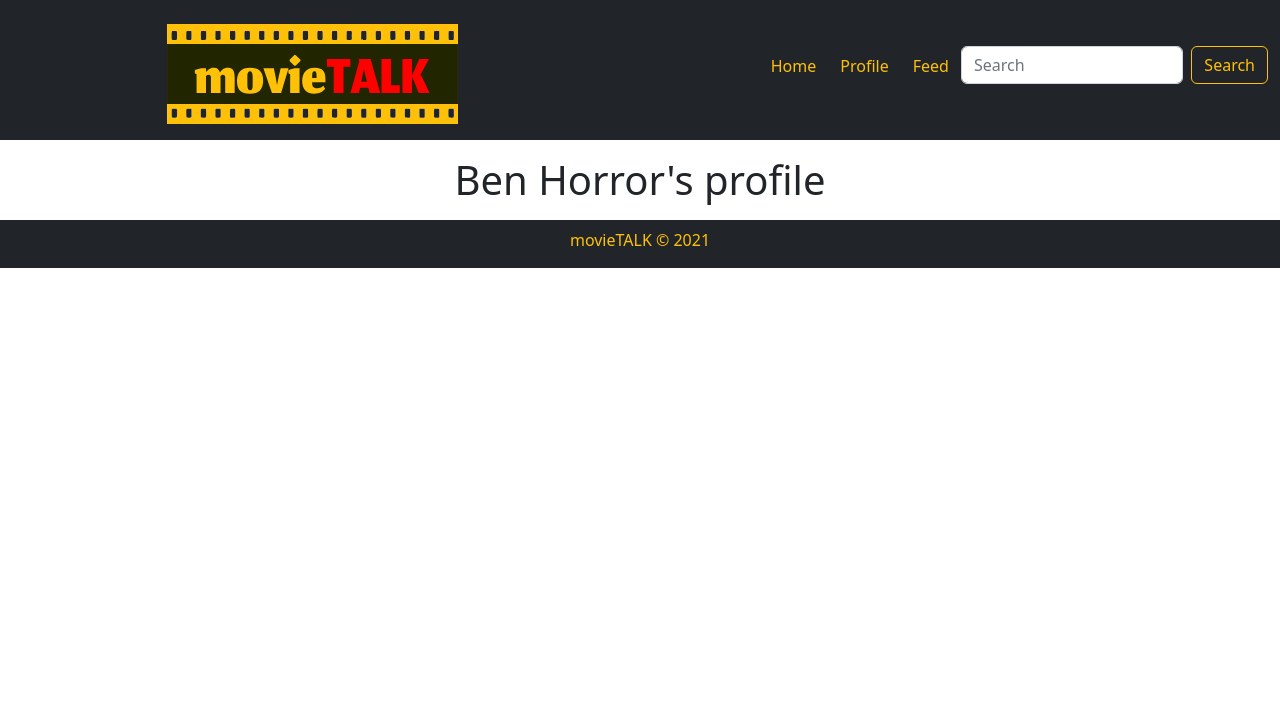
Repository: runeunhjem/css-frameworks-ca
Page: profile/index.html
The author's editor kept a copy of each file at every save. The page is drawn from the files as they stood at one save, then again after a run of saves.
The browser window is 1280 px wide. The pictures show the whole page.
The style sheet was rebuilt from its Sass, Less or Tailwind sources for each picture, by a compiler version that may differ from the author's.

Above is the page before, as saved 2023-08-29 07:54:17.

### profile/index.html
<!DOCTYPE html>
<html lang="en">
<head>
  <meta charset="UTF-8">
  <meta name="viewport" content="width=device-width, initial-scale=1.0">
  <link rel="stylesheet" href="../dist/css/index.css">
  <!-- <script src="../js/bootstrap.bundle.min.js" type="module"></script> -->
  <!-- <script src="js/main.js"></script> -->
  <title>movieTALK | Home</title>
</head>
<body>
  <header class="mx-auto">
    <nav class="navbar navbar-expand-md pt-4 bg-dark align-items-center mx-auto">
      <a class="navbar-brand header-logo mb-2" href="../index.html" alt="movieTALK Logo"><span class="visually-hidden">Home</span></a>
      <div class="container-fluid d-flex align-items-start justify-content-end">
        <div class="row align-items-center">
          <div class="col-4 justify-content-end col-sm-4 col-md-6 m-1">
            <button class="btn-outline-warning navbar-toggler bg-warning mb-2 me-3" type="button" data-bs-toggle="collapse" data-bs-target="#navbarSupportedContent" aria-controls="navbarSupportedContent" aria-expanded="false" aria-label="Toggle navigation">
              <span class="navbar-toggler-icon justify-content-end"></span>
            </button>
            <div class="collapse navbar-collapse text-primary" id="navbarSupportedContent">
              <ul class="navbar-nav mb-lg-2">
                <li class="nav-item me-2">
                  <a class="nav-link text-warning active rounded-2 ps-2" aria-current="page" href="../index.html">Home</a>
                </li>
                <li class="nav-item me-2">
                  <a class="nav-link text-warning rounded-2 ps-2" href="index.html">Profile</a>
                </li>
                <li class="nav-item mb-3">
                  <a class="nav-link text-warning rounded-2 ps-2" href="../feed/index.html">Feed</a>
                </li>
              </ul>
            </div>
          </div>
        </div>
        <div class="col-8 col-sm-8 col-md-6 d-flex align-items-start justify-content-start">
          <form class="d-flex mt-1" role="search">
            <input class="form-control me-2 max-width-300" type="search" placeholder="Search" aria-label="Search">
            <button class="btn btn-outline-warning" type="submit">Search</button>
          </form>
        </div>
      </div>
    </nav>
  </header>
  <h1 class="text-center mt-3">Ben Horror's profile</span></h1>

  <footer mt-3>
    <div class="container-fluid bg-dark mt-3">
      <div class="row">
        <div class="col">
          <p class="text-center text-warning mt-2">movieTALK &copy; 2021</p>
        </div>
      </div>
    </div>
  </footer>
</body>
</html>

### src/scss/index.scss
@import "variables";
@import "../../node_modules/bootstrap/scss/bootstrap";
@import "navbar";

.header-logo {
  background-image: url("../../img/logo-yellow.svg");
  background-size: contain;
  background-repeat: no-repeat;
  background-position: center;
  width: 100%;
  height: 100px;
}

.max-width-800 {
  max-width: 800px;
}
.max-width-300 {
  max-width: 300px;
}


// .navbar-collapse.show {
//   background-color: #ffc107;
// }
// .navbar-nav {
//   .nav-link-hover {
//     &:hover {
//       color:#ffc107;
//       background-color: #ff3c3c;
//       a {
//       }
//     }
//   // background-color: #fdcd2d;
//   }
// }

.nav-link {
  // width: 100%;
  // text-indent: 6px;
  &:hover {
    // transition: all 0.3s ease-in-out;
    // padding: 0px 12px;
    background-color: #ffc107;
    color: #886f3a !important;
    border-radius: 8px;
    // text-indent: 4px;
    // background-color: #ffc107;
    // border: 1px solid #ffc107;
    // background-color: #5c4141;
    // margin: 0px;
    // a {
      //   color: #fff;
      // }
  }
  // a.nav-link {
  //   // width: 60px;
  //   // color: #ffc107;
  // }
  .active {
    color: #b84545;
  }
}

  // .navbar-collapse {
  //   width: 100px;
  //   // color: #ff07ea !important;
  //   // background-color: #b84545;
  // }

### src/scss/_variables.scss
// Variables
//
// Variables should follow the `$component-state-property-size` formula for
// consistent naming. Ex: $nav-link-disabled-color and $modal-content-box-shadow-xs.

// Color system

// scss-docs-start gray-color-variables
$white:    #fff;
$gray-100: #f8f9fa;
$gray-200: #e9ecef;
$gray-300: #dee2e6;
$gray-400: #ced4da;
$gray-500: #adb5bd;
$gray-600: #6c757d;
$gray-700: #495057;
$gray-800: #343a40;
$gray-900: #212529;
$black:    #000;
// scss-docs-end gray-color-variables

// fusv-disable
// scss-docs-start gray-colors-map
$grays: (
  "100": $gray-100,
  "200": $gray-200,
  "300": $gray-300,
  "400": $gray-400,
  "500": $gray-500,
  "600": $gray-600,
  "700": $gray-700,
  "800": $gray-800,
  "900": $gray-900
);
// scss-docs-end gray-colors-map
// fusv-enable

// scss-docs-start color-variables
$blue:    #0d6efd;
$indigo:  #6610f2;
$purple:  #6f42c1;
$pink:    #d63384;
$red:     #dc3545;
$orange:  #fd7e14;
$yellow:  #ffc107;
$green:   #198754;
$teal:    #20c997;
$cyan:    #0dcaf0;
// scss-docs-end color-variables

// scss-docs-start colors-map
$colors: (
  "blue":       $blue,
  "indigo":     $indigo,
  "purple":     $purple,
  "pink":       $pink,
  "red":        $red,
  "orange":     $orange,
  "yellow":     $yellow,
  "green":      $green,
  "teal":       $teal,
  "cyan":       $cyan,
  "black":      $black,
  "white":      $white,
  "gray":       $gray-600,
  "gray-dark":  $gray-800
);
// scss-docs-end colors-map

// The contrast ratio to reach against white, to determine if color changes from "light" to "dark". Acceptable values for WCAG 2.0 are 3, 4.5 and 7.
// See https://www.w3.org/TR/WCAG20/#visual-audio-contrast-contrast
$min-contrast-ratio:   4.5;

// Customize the light and dark text colors for use in our color contrast function.
$color-contrast-dark:      $black;
$color-contrast-light:     $white;

### src/scss/_navbar.scss
// // Navbar
// //
// // Provide a static navbar from which we expand to create full-width, fixed, and
// // other navbar variations.

// .navbar {
//   // scss-docs-start navbar-css-vars
//   --#{$prefix}navbar-padding-x: #{if($navbar-padding-x == null, 0, $navbar-padding-x)};
//   --#{$prefix}navbar-padding-y: #{$navbar-padding-y};
//   --#{$prefix}navbar-color: #{$navbar-light-color};
//   --#{$prefix}navbar-hover-color: #{$navbar-light-hover-color};
//   --#{$prefix}navbar-disabled-color: #{$navbar-light-disabled-color};
//   --#{$prefix}navbar-active-color: #{$navbar-light-active-color};
//   --#{$prefix}navbar-brand-padding-y: #{$navbar-brand-padding-y};
//   --#{$prefix}navbar-brand-margin-end: #{$navbar-brand-margin-end};
//   --#{$prefix}navbar-brand-font-size: #{$navbar-brand-font-size};
//   --#{$prefix}navbar-brand-color: #{$navbar-light-brand-color};
//   --#{$prefix}navbar-brand-hover-color: #{$navbar-light-brand-hover-color};
//   --#{$prefix}navbar-nav-link-padding-x: #{$navbar-nav-link-padding-x};
//   --#{$prefix}navbar-toggler-padding-y: #{$navbar-toggler-padding-y};
//   --#{$prefix}navbar-toggler-padding-x: #{$navbar-toggler-padding-x};
//   --#{$prefix}navbar-toggler-font-size: #{$navbar-toggler-font-size};
//   --#{$prefix}navbar-toggler-icon-bg: #{escape-svg($navbar-light-toggler-icon-bg)};
//   --#{$prefix}navbar-toggler-border-color: #{$navbar-light-toggler-border-color};
//   --#{$prefix}navbar-toggler-border-radius: #{$navbar-toggler-border-radius};
//   --#{$prefix}navbar-toggler-focus-width: #{$navbar-toggler-focus-width};
//   --#{$prefix}navbar-toggler-transition: #{$navbar-toggler-transition};
//   // scss-docs-end navbar-css-vars

//   position: relative;
//   display: flex;
//   flex-wrap: wrap; // allow us to do the line break for collapsing content
//   align-items: center;
//   justify-content: space-between; // space out brand from logo
//   padding: var(--#{$prefix}navbar-padding-y) var(--#{$prefix}navbar-padding-x);
//   @include gradient-bg();

//   // Because flex properties aren't inherited, we need to redeclare these first
//   // few properties so that content nested within behave properly.
//   // The `flex-wrap` property is inherited to simplify the expanded navbars
//   %container-flex-properties {
//     display: flex;
//     flex-wrap: inherit;
//     align-items: center;
//     justify-content: space-between;
//   }

//   > .container,
//   > .container-fluid {
//     @extend %container-flex-properties;
//   }

//   @each $breakpoint, $container-max-width in $container-max-widths {
//     > .container#{breakpoint-infix($breakpoint, $container-max-widths)} {
//       @extend %container-flex-properties;
//     }
//   }
// }


// // Navbar brand
// //
// // Used for brand, project, or site names.

// .navbar-brand {
//   padding-top: var(--#{$prefix}navbar-brand-padding-y);
//   padding-bottom: var(--#{$prefix}navbar-brand-padding-y);
//   margin-right: var(--#{$prefix}navbar-brand-margin-end);
//   @include font-size(var(--#{$prefix}navbar-brand-font-size));
//   color: var(--#{$prefix}navbar-brand-color);
//   text-decoration: if($link-decoration == none, null, none);
//   white-space: nowrap;

//   &:hover,
//   &:focus {
//     color: var(--#{$prefix}navbar-brand-hover-color);
//     text-decoration: if($link-hover-decoration == underline, none, null);
//   }
// }


// Navbar nav
//
// Custom navbar navigation (doesn't require `.nav`, but does make use of `.nav-link`).

.navbar-nav {
  // scss-docs-start navbar-nav-css-vars
  --#{$prefix}nav-link-padding-x: 0;
  --#{$prefix}nav-link-padding-y: #{$nav-link-padding-y};
  @include rfs($nav-link-font-size, --#{$prefix}nav-link-font-size);
  --#{$prefix}nav-link-font-weight: #{$nav-link-font-weight};
  --#{$prefix}nav-link-color: var(--#{$prefix}navbar-color);
  --#{$prefix}nav-link-hover-color: var(--#{$prefix}navbar-hover-color);
  --#{$prefix}nav-link-disabled-color: var(--#{$prefix}navbar-disabled-color);
  // scss-docs-end navbar-nav-css-vars

  display: flex;
  flex-direction: column; // cannot use `inherit` to get the `.navbar`s value
  padding-left: 0;
  margin-bottom: 0;
  list-style: none;

  .show > .nav-link,
  .nav-link.active {
    color: var(--#{$prefix}navbar-active-color);
  }

  .dropdown-menu {
    position: static;
  }
}


// Navbar text
//
//

.navbar-text {
  padding-top: $nav-link-padding-y;
  padding-bottom: $nav-link-padding-y;
  color: var(--#{$prefix}navbar-color);

  a,
  a:hover,
  a:focus  {
    color: var(--#{$prefix}navbar-active-color);
  }
}


// Responsive navbar
//
// Custom styles for responsive collapsing and toggling of navbar contents.
// Powered by the collapse Bootstrap JavaScript plugin.

// When collapsed, prevent the toggleable navbar contents from appearing in
// the default flexbox row orientation. Requires the use of `flex-wrap: wrap`
// on the `.navbar` parent.
.navbar-collapse {
  flex-basis: 100%;
  flex-grow: 1;
  // For always expanded or extra full navbars, ensure content aligns itself
  // properly vertically. Can be easily overridden with flex utilities.
  align-items: center;
}

// Button for toggling the navbar when in its collapsed state
.navbar-toggler {
  padding: var(--#{$prefix}navbar-toggler-padding-y) var(--#{$prefix}navbar-toggler-padding-x);
  @include font-size(var(--#{$prefix}navbar-toggler-font-size));
  line-height: 1;
  color: var(--#{$prefix}navbar-color);
  background-color: transparent; // remove default button style
  border: var(--#{$prefix}border-width) solid var(--#{$prefix}navbar-toggler-border-color); // remove default button style
  @include border-radius(var(--#{$prefix}navbar-toggler-border-radius));
  @include transition(var(--#{$prefix}navbar-toggler-transition));

  &:hover {
    text-decoration: none;
  }

  &:focus {
    text-decoration: none;
    background-color: $yellow;
    outline: 0;
    box-shadow: 0 0 0 var(--#{$prefix}navbar-toggler-focus-width);
  }
}

// Keep as a separate element so folks can easily override it with another icon
// or image file as needed.
.navbar-toggler-icon {
  display: inline-block;
  width: 1.5em;
  height: 1.5em;
  vertical-align: middle;
  background-image: var(--#{$prefix}navbar-toggler-icon-bg);
  background-repeat: no-repeat;
  background-position: center;
  background-size: 100%;
}

.navbar-nav-scroll {
  max-height: var(--#{$prefix}scroll-height, 75vh);
  overflow-y: auto;
}

// scss-docs-start navbar-expand-loop
// Generate series of `.navbar-expand-*` responsive classes for configuring
// where your navbar collapses.
.navbar-expand {
  @each $breakpoint in map-keys($grid-breakpoints) {
    $next: breakpoint-next($breakpoint, $grid-breakpoints);
    $infix: breakpoint-infix($next, $grid-breakpoints);

    // stylelint-disable-next-line scss/selector-no-union-class-name
    &#{$infix} {
      @include media-breakpoint-up($next) {
        flex-wrap: nowrap;
        justify-content: flex-start;

        .navbar-nav {
          flex-direction: row;

          .dropdown-menu {
            position: absolute;
          }

          .nav-link {
            padding-right: var(--#{$prefix}navbar-nav-link-padding-x);
            padding-left: var(--#{$prefix}navbar-nav-link-padding-x);
          }
        }

        .navbar-nav-scroll {
          overflow: visible;
        }

        .navbar-collapse {
          display: flex !important; // stylelint-disable-line declaration-no-important
          flex-basis: auto;
        }

        .navbar-toggler {
          display: none;
        }

        .offcanvas {
          // stylelint-disable declaration-no-important
          position: static;
          z-index: auto;
          flex-grow: 1;
          width: auto !important;
          height: auto !important;
          visibility: visible !important;
          background-color: transparent !important;
          border: 0 !important;
          transform: none !important;
          @include box-shadow(none);
          @include transition(none);
          // stylelint-enable declaration-no-important

          .offcanvas-header {
            display: none;
          }

          .offcanvas-body {
            display: flex;
            flex-grow: 0;
            padding: 0;
            overflow-y: visible;
          }
        }
      }
    }
  }
}
// scss-docs-end navbar-expand-loop

// Navbar themes
//
// Styles for switching between navbars with light or dark background.

.navbar-light {
  @include deprecate("`.navbar-light`", "v5.2.0", "v6.0.0", true);
}

.navbar-dark {
  --#{$prefix}navbar-color: #{$navbar-dark-color};
  --#{$prefix}navbar-hover-color: #{$navbar-dark-hover-color};
  --#{$prefix}navbar-disabled-color: #{$navbar-dark-disabled-color};
  --#{$prefix}navbar-active-color: #{$navbar-dark-active-color};
  --#{$prefix}navbar-brand-color: #{$navbar-dark-brand-color};
  --#{$prefix}navbar-brand-hover-color: #{$navbar-dark-brand-hover-color};
  --#{$prefix}navbar-toggler-border-color: #{$navbar-dark-toggler-border-color};
  --#{$prefix}navbar-toggler-icon-bg: #{escape-svg($navbar-dark-toggler-icon-bg)};
}

After the next 3 saves:
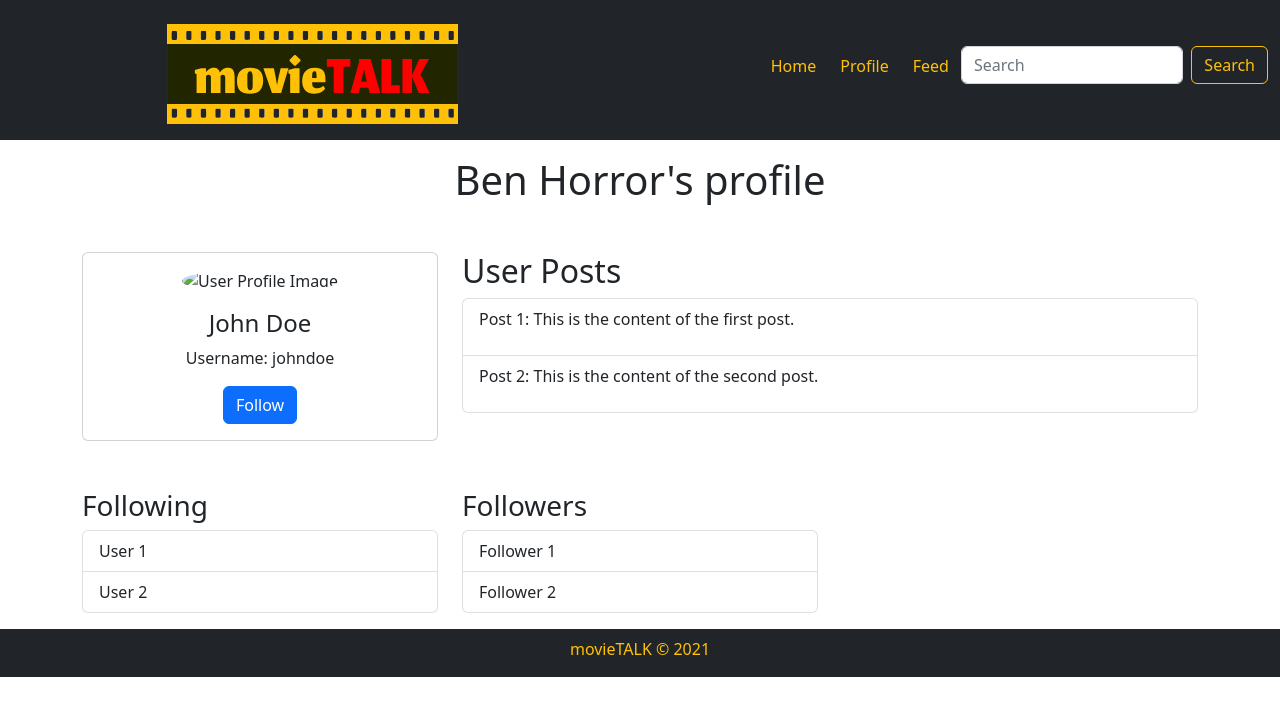
Not found: profile/profile-image.jpg
The 3 saves are shown as one change because they came seconds apart.
The last was saved 54 s later.
--- a/profile/index.html
+++ b/profile/index.html
@@ -43,7 +43,57 @@
     </nav>
   </header>
   <h1 class="text-center mt-3">Ben Horror's profile</span></h1>
+  <main>
+    <div class="container mt-5">
+        <div class="row">
+            <!-- User Profile Information -->
+            <div class="col-md-4">
+                <div class="card">
+                    <div class="card-body text-center">
+                        <img src="profile-image.jpg" alt="User Profile Image" class="img-fluid rounded-circle mb-3" style="max-width: 200px;">
+                        <h4 class="card-title">John Doe</h4>
+                        <p class="card-text">Username: johndoe</p>
+                        <button class="btn btn-primary">Follow</button>
+                    </div>
+                </div>
+            </div>
 
+            <!-- User Posts -->
+            <div class="col-md-8">
+                <h2>User Posts</h2>
+                <ul class="list-group">
+                    <li class="list-group-item">
+                        <p>Post 1: This is the content of the first post.</p>
+                    </li>
+                    <li class="list-group-item">
+                        <p>Post 2: This is the content of the second post.</p>
+                    </li>
+                    <!-- Add more posts as needed -->
+                </ul>
+            </div>
+        </div>
+
+        <!-- Following/Followers Section -->
+        <div class="row mt-5">
+            <div class="col-md-4">
+                <h3>Following</h3>
+                <ul class="list-group">
+                    <li class="list-group-item">User 1</li>
+                    <li class="list-group-item">User 2</li>
+                    <!-- Add more following users as needed -->
+                </ul>
+            </div>
+            <div class="col-md-4">
+                <h3>Followers</h3>
+                <ul class="list-group">
+                    <li class="list-group-item">Follower 1</li>
+                    <li class="list-group-item">Follower 2</li>
+                    <!-- Add more followers as needed -->
+                </ul>
+            </div>
+        </div>
+    </div>
+  </main>
   <footer mt-3>
     <div class="container-fluid bg-dark mt-3">
       <div class="row">
